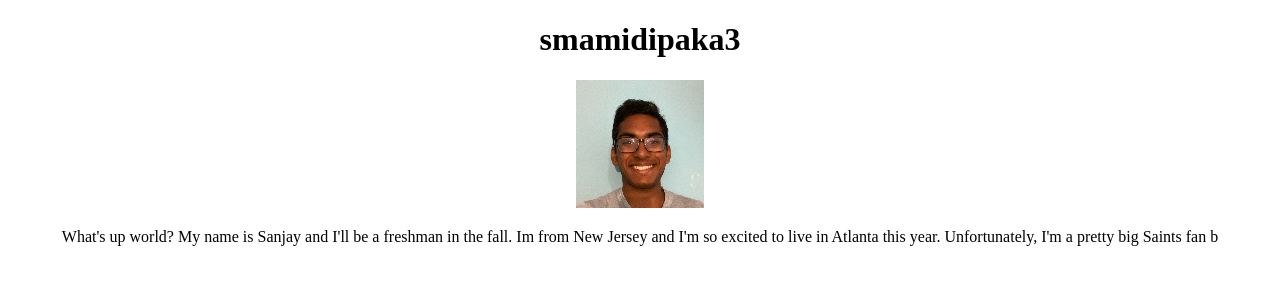
Repository: sanjayMamidipaka/cs1301
Page: lab01/index.html
These files come from the project's save history. The page is drawn as it stood at one moment and after a run of saves; the edit follows.
The browser window is 1280 px wide. The pictures show the whole page.

Above is the page before, as saved 2021-07-22 15:53:47.

### lab01/index.html
<!DOCTYPE html>

<head>
    <link rel="stylesheet" href="style.css">
  </head>

  <div class = "h1">
    <h1>smamidipaka3</h1>

    <img src="image.png" alt="My Picture">
    <p>
        What's up world? My name is Sanjay and I'll be a freshman in the fall. Im from New Jersey and I'm so excited to live in Atlanta this year.
        Unfortunately, I'm a pretty big Saints fan b
    </p>
  </div>

### lab01/style.css
.h1 {
    text-align: center
}

After the next 2 saves:
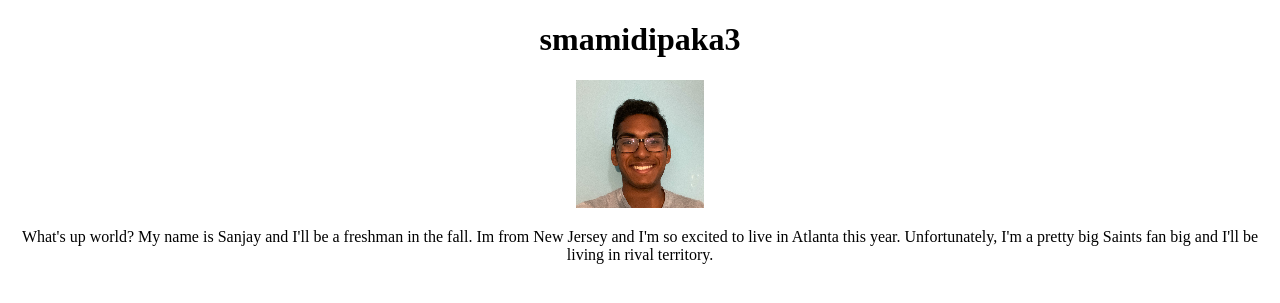
The 2 saves are shown as one change because they came seconds apart.
The last was saved 39 s later.
--- a/lab01/index.html
+++ b/lab01/index.html
@@ -10,6 +10,6 @@
     <img src="image.png" alt="My Picture">
     <p>
         What's up world? My name is Sanjay and I'll be a freshman in the fall. Im from New Jersey and I'm so excited to live in Atlanta this year.
-        Unfortunately, I'm a pretty big Saints fan b
+        Unfortunately, I'm a pretty big Saints fan big and I'll be living in rival territory.
     </p>
   </div>
